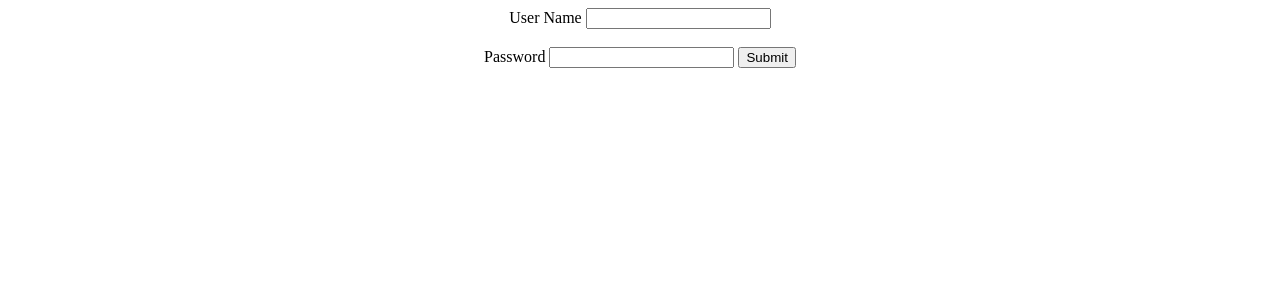
Repository: Jeevith-U/Advance-Java
Page: Sessions/src/main/webapp/login.html
An editor plug-in stored every save of this project. The page is shown before and after the next save, followed by the edit.
The browser window is 1280 px wide. The pictures show the whole page.

Above is the page before, as saved 2023-08-18 07:07:45.

After the next save:
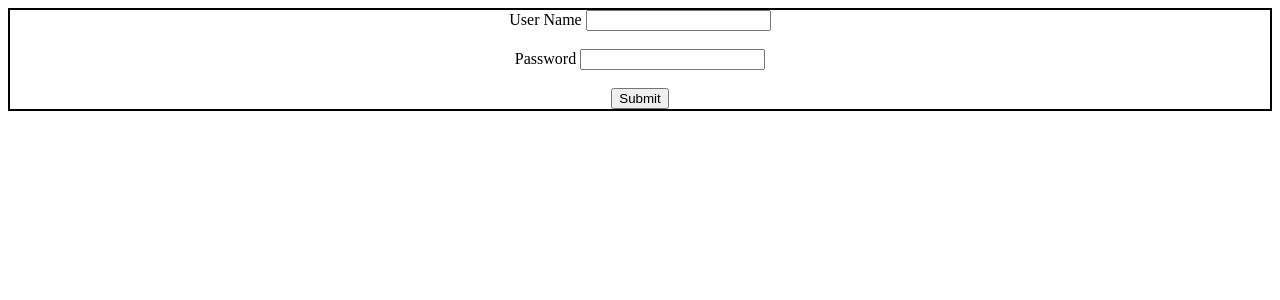
Saved 89 s later.
--- a/Sessions/src/main/webapp/login.html
+++ b/Sessions/src/main/webapp/login.html
@@ -6,9 +6,9 @@
 </head>
 <body>
 
-	<form action="" method="post" align = "center">
+	<form action="" method="post" align = "center" border = "" style="border: 2px, solid;">
 		User Name <input type="text" name="name" ><br><br>
-		Password <input type="password" name="pass" >
+		Password <input type="password" name="pass" > <br><br>
 		<input type="submit" value="Submit" >
 	</form>
 </body>
